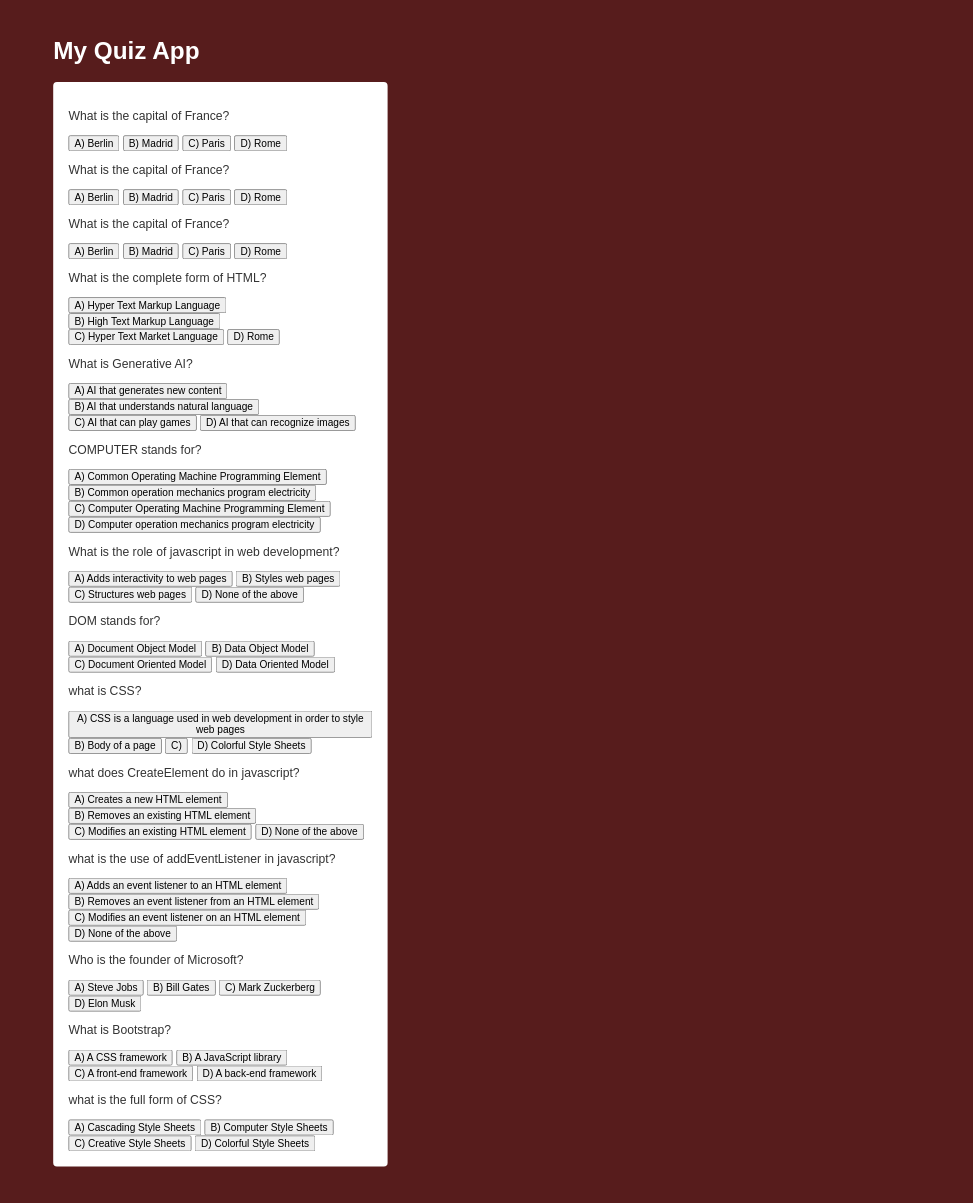
Repository: fatimaqueen9967-eng/SyntacexhubQuizApp
Page: index.html
An editor plug-in stored every save of this project. The page is shown before and after the next save, followed by the edit.
The browser window is 1280 px wide. The pictures show the whole page, at 76% of full size.

Above is the page before, as saved 2026-03-15 06:23:01.

### index.html
<!DOCTYPE html>
<html lang="en">
<head>
    <meta charset="UTF-8">
    <meta name="viewport" content="width=device-width, initial-scale=1.0">
    <title>QUIZ APP</title>
    <link rel="stylesheet" href="style.css">
</head>
<body>
    <h1>My Quiz App</h1>
    <div class="box">
        <div class="question">
            <p>What is the capital of France?</p>
        </div>
        <div class="options">
            <button>A) Berlin</button>
            <button>B) Madrid</button>
            <button>C) Paris</button>
            <button>D) Rome</button>
        </div>
        <div class="question">
            <p>What is the capital of France?</p>
        </div>
        <div class="options">
            <button>A) Berlin</button>
            <button>B) Madrid</button>
            <button>C) Paris</button>
            <button>D) Rome</button>
        </div>
        <div class="question">
            <p>What is the capital of France?</p>
        </div>
        <div class="options">
            <button>A) Berlin</button>
            <button>B) Madrid</button>
            <button>C) Paris</button>
            <button>D) Rome</button>
        </div>
        <div class="question">
            <p>What is the complete form of HTML?</p>
        </div>
        <div class="options">
            <button>A) Hyper Text Markup Language</button>
            <button>B) High Text Markup Language</button>
            <button>C) Hyper Text Market Language</button>
            <button>D) Rome</button>
        </div>
        <div class="question">
            <p>What is Generative AI?</p>
        </div>
        <div class="options">
            <button>A) AI that generates new content</button>
            <button>B) AI that understands natural language</button>
            <button>C) AI that can play games</button>
            <button>D) AI that can recognize images</button>
        </div>
        <div class="question">
            <p>COMPUTER stands for?</p>
        </div>
        <div class="options">
            <button>A) Common Operating Machine Programming Element</button>
            <button>B) Common operation mechanics program electricity</button>
            <button>C) Computer Operating Machine Programming Element</button>
            <button>D) Computer operation mechanics program electricity</button>
        </div>
        <div class="question">
        <p>What is the role of javascript in web development?</p>
    </div>
    <div class="options">
        <button>A) Adds interactivity to web pages</button>
        <button>B) Styles web pages</button>
        <button>C) Structures web pages</button>
        <button>D) None of the above</button>
    </div>
        <div class="question">
        <p>DOM stands for?</p>
    </div>
    <div class="options">
        <button>A) Document Object Model</button>
        <button>B) Data Object Model</button>
        <button>C) Document Oriented Model</button>
        <button>D) Data Oriented Model</button>
    </div>
        <div class="question">
        <p>what is CSS?</p>
    </div>
    <div class="options">
        <button>A) CSS is a language used in web development in order to style web pages</button>
        <button>B) Body of a page</button>
        <button>C) </button>
        <button>D) Colorful Style Sheets</button>
    </div>
        <div class="question">
        <p>what does CreateElement do in javascript?</p>
    </div>
    <div class="options">
        <button>A) Creates a new HTML element</button>
        <button>B) Removes an existing HTML element</button>
        <button>C) Modifies an existing HTML element</button>
        <button>D) None of the above</button>
    </div>
        <div class="question">
        <p>what is the use of addEventListener in javascript?</p>
    </div>
    <div class="options">
        <button>A) Adds an event listener to an HTML element</button>
        <button>B) Removes an event listener from an HTML element</button>
        <button>C) Modifies an event listener on an HTML element</button>
        <button>D) None of the above</button>
    </div>

        <div class="question">
        <p>Who is the founder of Microsoft?</p>
    </div>
    <div class="options">
        <button>A) Steve Jobs</button>
        <button>B) Bill Gates</button>
        <button>C) Mark Zuckerberg</button>
        <button>D) Elon Musk</button>
    </div>
        <div class="question">
        <p>What is Bootstrap?</p>
    </div>
    <div class="options">
        <button>A) A CSS framework</button>
        <button>B) A JavaScript library</button>
        <button>C) A front-end framework</button>
        <button>D) A back-end framework</button>
    </div>
        <div class="question">
        <p>what is the full form of CSS?</p>
    </div>
    <div class="options">
        <button>A) Cascading Style Sheets</button>
        <button>B) Computer Style Sheets</button>
        <button>C) Creative Style Sheets</button>
        <button>D) Colorful Style Sheets</button>
    </div>
    </div>


</body>
</html>

### style.css
body{
    background-color: #571c1c;
    font-family: Arial, sans-serif;
    margin-left: 50px;
    padding: 20px;
    color: #fff;
    justify-content: center;
    align-items: center;
}
h1 {
    align-items: center;
    /* color: #333; */
}
.box{
    /* height: 700px; */
    /* display: flex; */

    background-color: #fff;
    color: #333;
    padding: 20px;
    border-radius: 5px;
    margin-bottom: 20px;
    width: 400px;
    overflow-wrap: anywhere;
}

After the next save:
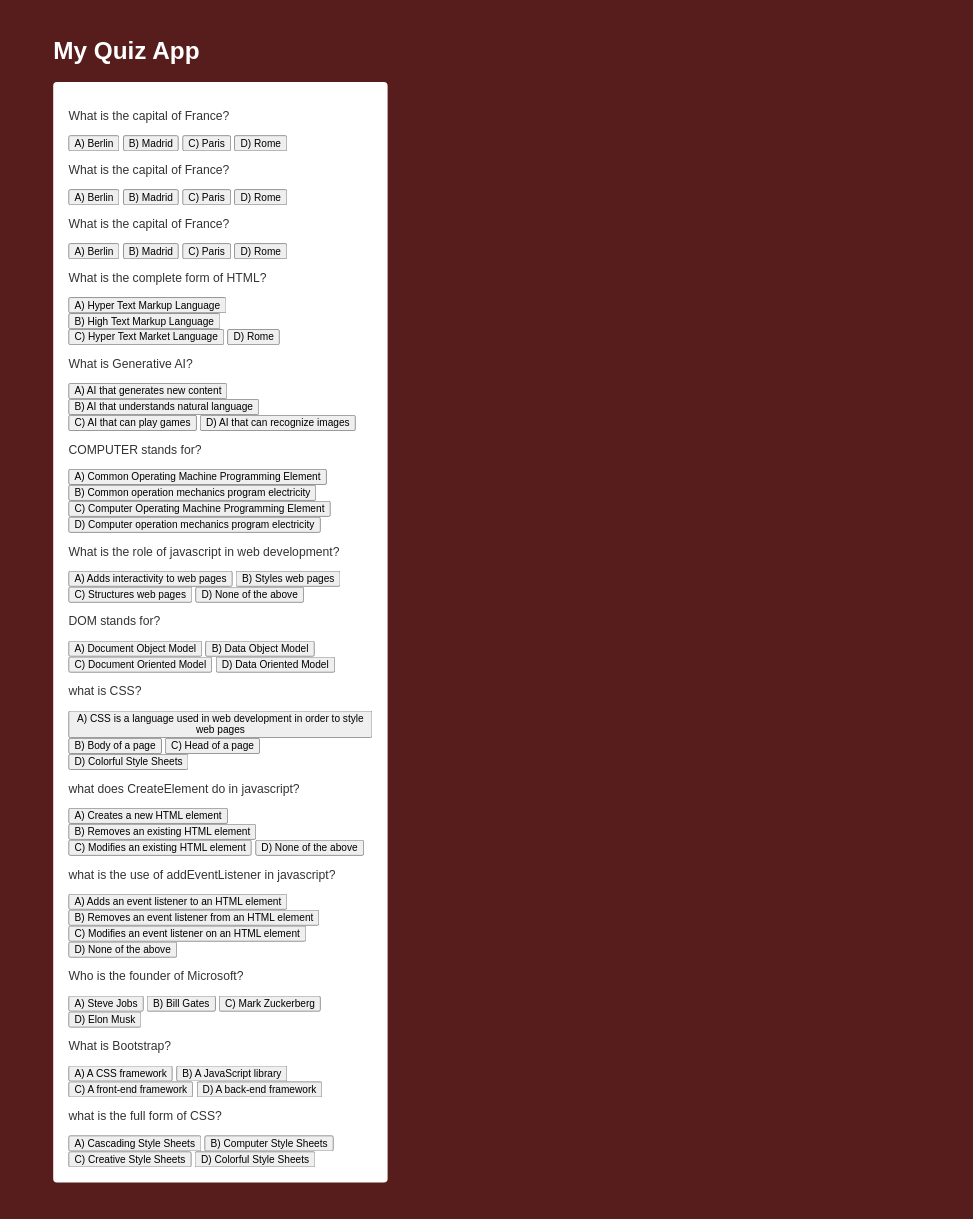
Saved 4 s later.
--- a/index.html
+++ b/index.html
@@ -87,7 +87,7 @@
     <div class="options">
         <button>A) CSS is a language used in web development in order to style web pages</button>
         <button>B) Body of a page</button>
-        <button>C) </button>
+        <button>C) Head of a page</button>
         <button>D) Colorful Style Sheets</button>
     </div>
         <div class="question">

After the 2 saves that followed:
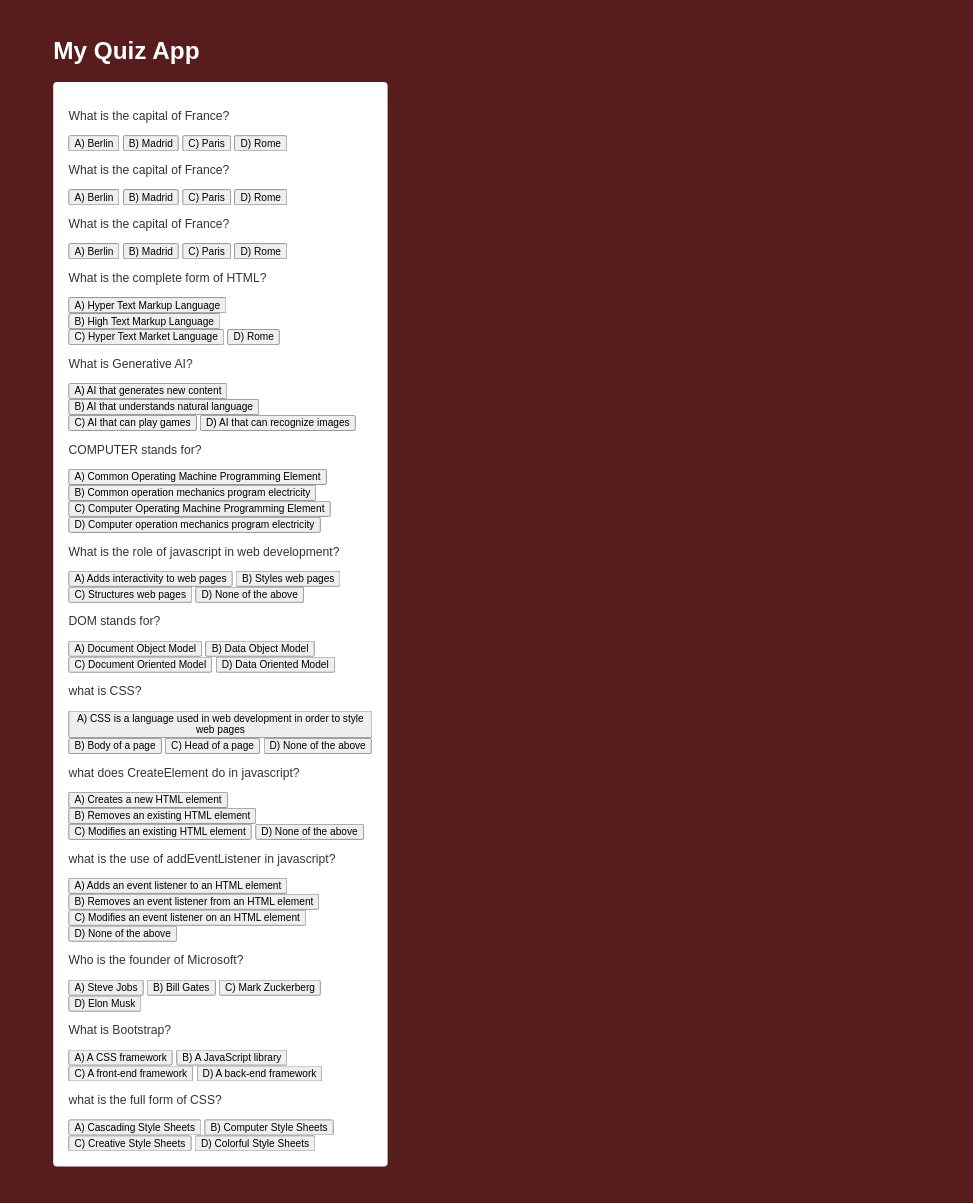
The 2 saves are shown as one change because they came seconds apart.
The last was saved 7 s later.
--- a/index.html
+++ b/index.html
@@ -88,7 +88,7 @@
         <button>A) CSS is a language used in web development in order to style web pages</button>
         <button>B) Body of a page</button>
         <button>C) Head of a page</button>
-        <button>D) Colorful Style Sheets</button>
+        <button>D) None of the above</button>
     </div>
         <div class="question">
         <p>what does CreateElement do in javascript?</p>
